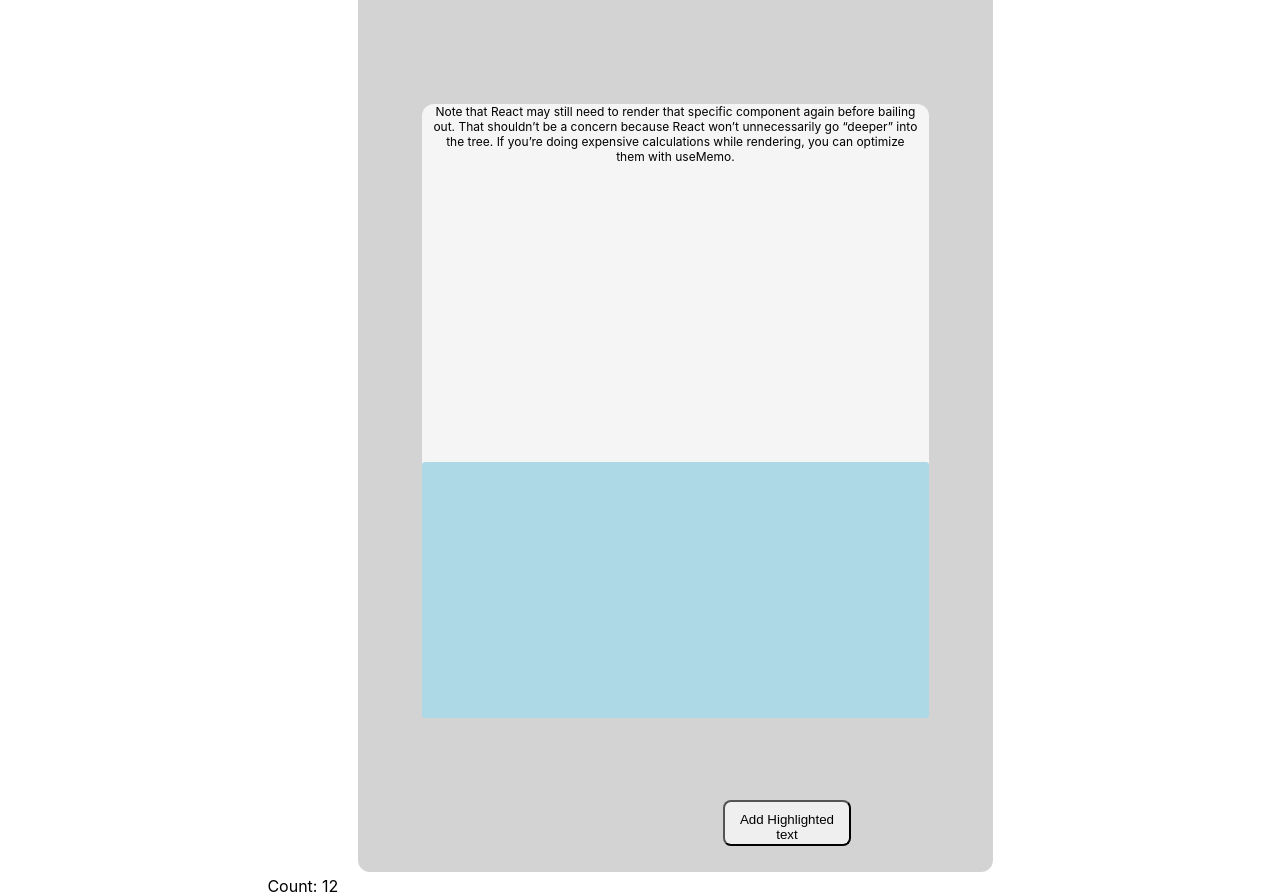
Repository: Farbod29/React-text-highlighter-with-hook-
Page: /
The author's editor kept a copy of each file at every save. The page is drawn from the files as they stood at one save, then again after the next save.
The browser window is 1280 px wide. The pictures show the part of the page from y = 428 to 1324 px (the page is 1324 px tall).
The project was rebuilt for these pictures with package versions that can differ from the ones it lists, and the page was loaded fresh each time.

Above is the page before, as saved 2022-02-18 23:17:47.

After the next save:
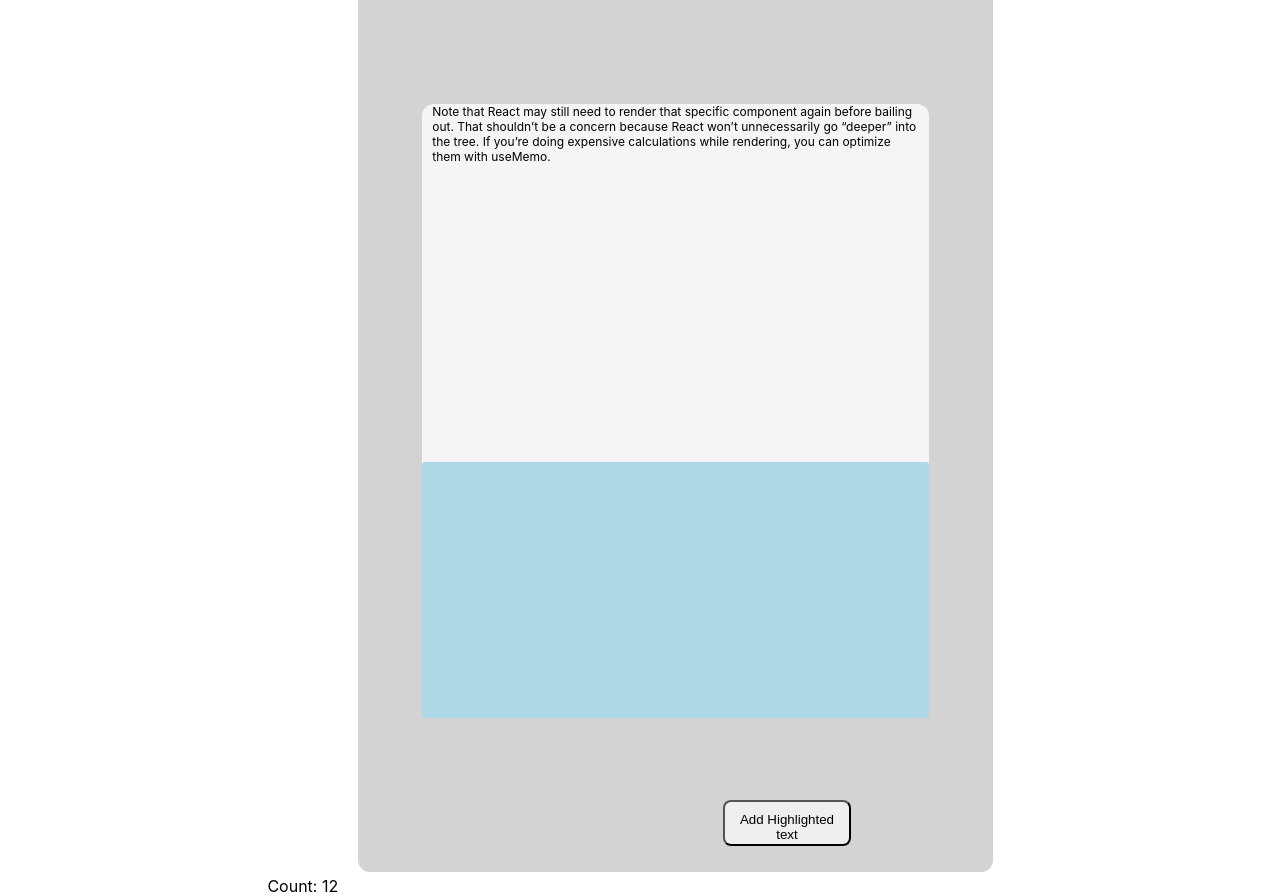
Saved 11 s later.
--- a/src/highlighter.js
+++ b/src/highlighter.js
@@ -50,6 +50,7 @@ export default function Highlighter() {
             borderRadius: '12px',
             position: 'absolute',
             fontSize: '12px',
+            textAlign: 'left',
           }}
         >
           Note that React may still need to render that specific component again
